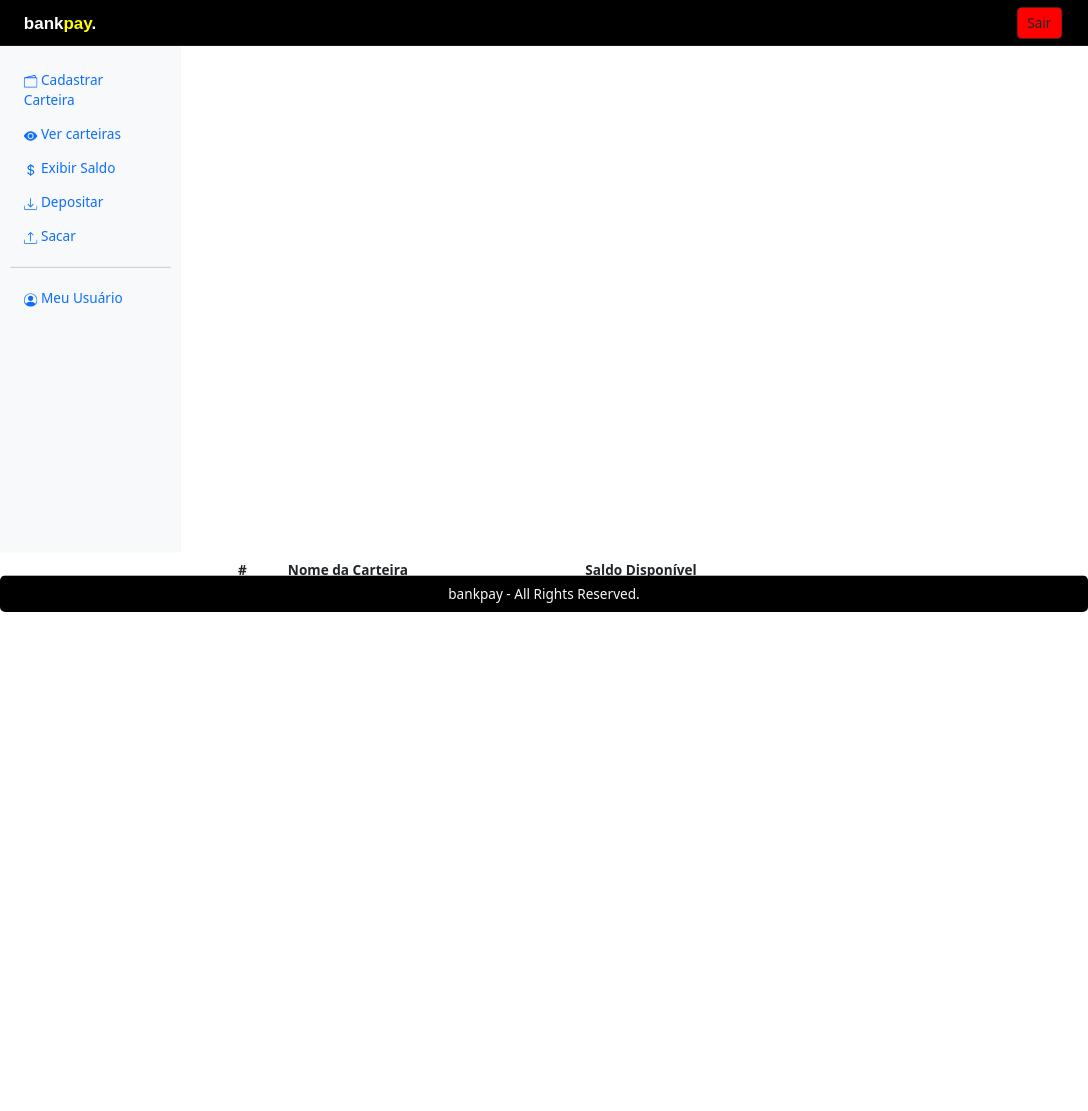
Repository: viniciusrodriguesb/IntegradorJava
Page: http://localhost/Carteira/principal.jsp
The author's editor kept a copy of each file at every save. The page is drawn from the files as they stood at one save, then again after the next save.
The browser window is 1280 px wide. The pictures show the whole page, at 85% of full size.
The page is served by Tomcat 9. Other server files are loaded and not shown. Queries for data that is not in the repository find no rows.

Above is the page before, as saved 2022-06-21 12:06:11.

### Carteira/src/main/webapp/principal.jsp
<%@ page import = "java.util.List" %>
<%@ page import = "java.util.ArrayList"%>
<%@ page import = "modelo.Carteira"%>
<%@ page import = "dao.CarteiraDAO"%>

<!DOCTYPE html>
<html lang="pt-br">
<head>
    <meta charset="UTF-8">
    <meta http-equiv="X-UA-Compatible" content="IE=edge">
    <meta name="viewport" content="width=device-width, initial-scale=1.0">
    <title>Bem-Vindo</title>

     <!-- STYLES -->
     <link rel="stylesheet" href="style.css">

     <!-- BOOTSTRAP -->
     <link href="https://cdn.jsdelivr.net/npm/bootstrap@5.2.0-beta1/dist/css/bootstrap.min.css" rel="stylesheet" integrity="sha384-0evHe/X+R7YkIZDRvuzKMRqM+OrBnVFBL6DOitfPri4tjfHxaWutUpFmBp4vmVor" crossorigin="anonymous">

</head>
<body>
    <!-- INICIO NAVBAR -->
      <nav class="navbar navbar-light" style="background-color: black;">
        <a class="navbar-brand logo" href="principal.html" style="margin-left: 28px; color: #fff;">
            bank<span style="color: yellow;">pay</span>.
        </a>
        <a href="index.html" class="btn btn-md active" role="button" aria-pressed="true" style="margin-right: 30px; background-color: red;">Sair</a>
      </nav>
    <!-- FIM NAVBAR -->

<!-- INICIO MENU LATERAL -->
    <div class="container-fluid">
        <div class="row">
            <nav class="col-md-2 d-none d-md-block bg-light sidebar">
                <div class="sidebar-sticky" style="height: 80vh; margin-top: 20px;">
                    <ul class="nav flex-column">
                        <li class="nav-item">
                            <a href="resultCadastrar.jsp" class="nav-link">
                                <svg xmlns="http://www.w3.org/2000/svg" width="16" height="16" fill="currentColor" class="bi bi-wallet2" viewBox="0 0 16 16">
                                    <path d="M12.136.326A1.5 1.5 0 0 1 14 1.78V3h.5A1.5 1.5 0 0 1 16 4.5v9a1.5 1.5 0 0 1-1.5 1.5h-13A1.5 1.5 0 0 1 0 13.5v-9a1.5 1.5 0 0 1 1.432-1.499L12.136.326zM5.562 3H13V1.78a.5.5 0 0 0-.621-.484L5.562 3zM1.5 4a.5.5 0 0 0-.5.5v9a.5.5 0 0 0 .5.5h13a.5.5 0 0 0 .5-.5v-9a.5.5 0 0 0-.5-.5h-13z"/>
                                  </svg>
                                Cadastrar Carteira
                            </a>
                         </li>
                         <li class="nav-item">
                            <a href="#" class="nav-link">
                               <svg xmlns="http://www.w3.org/2000/svg" width="16" height="16" fill="currentColor" class="bi bi-eye-fill" viewBox="0 0 16 16">
  								<path d="M10.5 8a2.5 2.5 0 1 1-5 0 2.5 2.5 0 0 1 5 0z"/>
  								<path d="M0 8s3-5.5 8-5.5S16 8 16 8s-3 5.5-8 5.5S0 8 0 8zm8 3.5a3.5 3.5 0 1 0 0-7 3.5 3.5 0 0 0 0 7z"/>
								</svg>
                                Ver carteiras
                            </a>
                         </li>
                        <li class="nav-item">
                            <a href="#" class="nav-link">
                                <svg xmlns="http://www.w3.org/2000/svg" width="16" height="16" fill="currentColor" class="bi bi-currency-dollar" viewBox="0 0 16 16">
                                    <path d="M4 10.781c.148 1.667 1.513 2.85 3.591 3.003V15h1.043v-1.216c2.27-.179 3.678-1.438 3.678-3.3 0-1.59-.947-2.51-2.956-3.028l-.722-.187V3.467c1.122.11 1.879.714 2.07 1.616h1.47c-.166-1.6-1.54-2.748-3.54-2.875V1H7.591v1.233c-1.939.23-3.27 1.472-3.27 3.156 0 1.454.966 2.483 2.661 2.917l.61.162v4.031c-1.149-.17-1.94-.8-2.131-1.718H4zm3.391-3.836c-1.043-.263-1.6-.825-1.6-1.616 0-.944.704-1.641 1.8-1.828v3.495l-.2-.05zm1.591 1.872c1.287.323 1.852.859 1.852 1.769 0 1.097-.826 1.828-2.2 1.939V8.73l.348.086z"/>
                                  </svg>
                                Exibir Saldo</a>
                         </li>
                        <li class="nav-item">
                            <a href="#" class="nav-link">
                                <svg xmlns="http://www.w3.org/2000/svg" width="16" height="16" fill="currentColor" class="bi bi-download" viewBox="0 0 16 16">
                                    <path d="M.5 9.9a.5.5 0 0 1 .5.5v2.5a1 1 0 0 0 1 1h12a1 1 0 0 0 1-1v-2.5a.5.5 0 0 1 1 0v2.5a2 2 0 0 1-2 2H2a2 2 0 0 1-2-2v-2.5a.5.5 0 0 1 .5-.5z"/>
                                    <path d="M7.646 11.854a.5.5 0 0 0 .708 0l3-3a.5.5 0 0 0-.708-.708L8.5 10.293V1.5a.5.5 0 0 0-1 0v8.793L5.354 8.146a.5.5 0 1 0-.708.708l3 3z"/>
                                  </svg>
                                Depositar</a>
                         </li>
                        <li class="nav-item">
                            <a href="resultSaque.jsp" class="nav-link">
                                  <svg xmlns="http://www.w3.org/2000/svg" width="16" height="16" fill="currentColor" class="bi bi-upload" viewBox="0 0 16 16">
	                                    <path d="M.5 9.9a.5.5 0 0 1 .5.5v2.5a1 1 0 0 0 1 1h12a1 1 0 0 0 1-1v-2.5a.5.5 0 0 1 1 0v2.5a2 2 0 0 1-2 2H2a2 2 0 0 1-2-2v-2.5a.5.5 0 0 1 .5-.5z"/>
	                                    <path d="M7.646 1.146a.5.5 0 0 1 .708 0l3 3a.5.5 0 0 1-.708.708L8.5 2.707V11.5a.5.5 0 0 1-1 0V2.707L5.354 4.854a.5.5 0 1 1-.708-.708l3-3z"/>
                                  </svg>
                                Sacar</a>
                         </li>
                     </ul>
                     <hr>
                      <ul class="nav flex-column">
                        <li class="nav-item">
                            <a href="#" class="nav-link">
                                <svg xmlns="http://www.w3.org/2000/svg" width="16" height="16" fill="currentColor" class="bi bi-person-circle" viewBox="0 0 16 16">
									  <path d="M11 6a3 3 0 1 1-6 0 3 3 0 0 1 6 0z"/>
									  <path fill-rule="evenodd" d="M0 8a8 8 0 1 1 16 0A8 8 0 0 1 0 8zm8-7a7 7 0 0 0-5.468 11.37C3.242 11.226 4.805 10 8 10s4.757 1.225 5.468 2.37A7 7 0 0 0 8 1z"/>
								</svg>
                                Meu Usuário
                            </a>
                         </li>
                     </ul>
                </div>
            </nav>
           <main role="main" class="col-md-9 ml-sm-auto col-lg-10 px-4">

            <div class="chartjs-size-monitor" style="position: absolute; inset: 0px; overflow: hidden; pointer-events: none; visibility: hidden; z-index: -1;">
                <div class="chartjs-size-monitor-expand" style="position:absolute;left:0;top:0;right:0;bottom:0;overflow:hidden;pointer-events:none;visibility:hidden;z-index:-1;">
                    <div style="position:absolute;width:1000000px;height:1000000px;left:0;top:0"></div>
                </div>

                <div class="chartjs-size-monitor-shrink" style="position:absolute;left:0;top:0;right:0;bottom:0;overflow:hidden;pointer-events:none;visibility:hidden;z-index:-1;">
                    <div style="position:absolute;width:200%;height:200%;left:0; top:0"></div>
                </div>
            </div>

           </main>

        </div>
    </div>
<!-- FIM MENU LATERAL -->

<!-- INICIO MAIN -->

<!-- INICIO TABELA -->
<div class="container tabelas">
	<div class="row">
		<div class="col-8 m-auto" >
			<table class="table">
  <thead>
    <tr>
      <th scope="col">#</th>
      <th scope="col">Nome da Carteira</th>
      <th scope="col">Saldo Disponível</th>
    </tr>
  </thead>
  <tbody>
    <tr>
      <%
	CarteiraDAO ctr = new CarteiraDAO();
	List<Carteira> lista = new ArrayList<Carteira>();

	lista = ctr.listar();

	for(Carteira i : lista){
	%>

	<tr>
	<td>
	<%=i.getId()%>
	</td>

	<td>
	<%=i.getNome()%>
	</td>

	<td>
	<%=i.getSaldo()%>
	</td>
	</tr>

	<%
	}
	%>
    </tr>
  </tbody>
</table>
		</div>
	</div>
</div>
<!-- FIM TABELA -->




<!--
<table >
	<tr>
	<th>Código da Carteira</th>
	<th>Nome da Carteira</th>
	<th>Saldo disponivel</th>
	</tr>

</table> -->

<!-- FIM MAIN -->
<!-- FOOTER -->
<div class="card fixed-bottom" style="background-color: black;">
    <div class="card-footer text-center">
    <span class="text-light">bankpay - All Rights Reserved.</span>
    </div>
  </div>
<!-- FOOTER -->

<script src="https://cdn.jsdelivr.net/npm/jquery@3.5.1/dist/jquery.slim.min.js" integrity="sha384-DfXdz2htPH0lsSSs5nCTpuj/zy4C+OGpamoFVy38MVBnE+IbbVYUew+OrCXaRkfj" crossorigin="anonymous"></script>
<script src="https://cdn.jsdelivr.net/npm/bootstrap@4.6.1/dist/js/bootstrap.bundle.min.js" integrity="sha384-fQybjgWLrvvRgtW6bFlB7jaZrFsaBXjsOMm/tB9LTS58ONXgqbR9W8oWht/amnpF" crossorigin="anonymous"></script>
</body>
</html>

### Carteira/src/main/java/dao/CarteiraDAO.java
package dao;

import java.sql.Connection;
import java.sql.PreparedStatement;
import java.sql.ResultSet;
import java.sql.SQLException;
import java.util.ArrayList;
import java.util.List;

import modelo.Carteira;
import modelo.Usuario;

public class CarteiraDAO {

	Connection cnx;

	// INCLUSÃO DADOS DA CARTEIRA NO BANCO
	public boolean incluirCarteira(Carteira carteira) {
		boolean resultado = true;
		int retornoQuery;

		cnx = DAO.createConnection();
		String sql = "INSERT INTO tb_carteira (nome, saldo) VALUES (?, ?)";

		try {
			PreparedStatement ps = cnx.prepareStatement(sql);

			ps.setString(1, carteira.getNome());
			ps.setDouble(2, carteira.getSaldo());

			retornoQuery = ps.executeUpdate();

			if (retornoQuery <= 0) {
				resultado = false;
			}

		} catch (SQLException e) {
			e.printStackTrace();
		}
		return resultado;
	}

	// ALTERAÇÃO DE DADOS DA CARTEIRA NO BANCO
	public boolean alterarCarteira(Carteira carteira) {
		boolean resultado = true;
		int retornoQuery;

		cnx = DAO.createConnection();
		String sql = "UPDATE tb_carteira SET nome=? WHERE id=?";

		try {
			PreparedStatement ps = cnx.prepareStatement(sql);

			ps.setString(1, carteira.getNome());

			retornoQuery = ps.executeUpdate();

		} catch (SQLException e) {
			e.printStackTrace();
		}
		return resultado;
	}

	// EXCLUSÃO DE DADOS DA CARTEIRA NO BANCO
	public boolean excluirCarteira(int id) {
		boolean resultado = true;
		int retornoQuery;

		cnx = DAO.createConnection();
		String sql = "DELETE FROM tb_carteira WHERE ID = ?";

		try {
			PreparedStatement ps = cnx.prepareStatement(sql);

			ps.setInt(1, id);

			retornoQuery = ps.executeUpdate();

			if (retornoQuery <= 0) {
				resultado = false;
			}

		} catch (SQLException e) {
			e.printStackTrace();
		}
		return resultado;
	}

	// LISTAR OS DADOS QUE ESTÃO NO BANCO DA CARTEIRA
	public List<Carteira> listar() {
		List<Carteira> listaDeCarteiras = new ArrayList<Carteira>();
		ResultSet rs = null;
		Carteira carteira = null;

		cnx = DAO.createConnection();

		String sql = "SELECT * FROM tb_carteira";

		try {
			PreparedStatement ps = cnx.prepareStatement(sql);

			rs = ps.executeQuery();

			while (rs.next()) {
				carteira = new Carteira();

				carteira.setId(rs.getInt("id"));
				carteira.setNome(rs.getString("nome"));
				carteira.setSaldo(rs.getDouble("saldo"));

				listaDeCarteiras.add(carteira);
			}
		} catch (SQLException e) {
			e.printStackTrace();
		}
		return listaDeCarteiras;
	}

	public boolean sacar(Carteira carteira) {
		boolean resultado = true;
		int retornoQuery;

		cnx = DAO.createConnection();
		String sql = "INSERT INTO tb_carteira (nome, saldo) VALUES (?, ?)";

		try {
			PreparedStatement ps = cnx.prepareStatement(sql);

			ps.setString(1, carteira.getNome());
			ps.setDouble(2, carteira.getSaldo() + carteira.getSaldo());

			retornoQuery = ps.executeUpdate();

			if (retornoQuery <= 0) {
				resultado = false;
			}

		} catch (SQLException e) {
			e.printStackTrace();
		}
		return resultado;
	}
}

### Carteira/src/main/java/dao/DAO.java
package dao;

import java.sql.Connection;
import java.sql.DriverManager;
import java.sql.SQLException;

public class DAO {
	public static Connection createConnection() {
		String url, user, password;

		Connection cnx = null;

		try {
			Class.forName("com.mysql.jdbc.Driver");

			url = "jdbc:mysql://localhost:3306/db_integradorJava";
			user = "root";
			password = "";

			cnx = DriverManager.getConnection(url, user, password);
		} catch (ClassNotFoundException e) {
			e.printStackTrace();
		} catch (SQLException e) {
			e.printStackTrace();
		}
		return cnx;
	}
}

### Carteira/src/main/webapp/style.css

* {
  margin: 0;
  padding: 0;
  box-sizing: border-box;
}

ul {
  list-style: none;
}

a {
  text-decoration: none;
}

img {
  width: 100%;
  height: auto;
}

/*====  VARIABLES ============================ */
:root {
  --header-height: 4.5rem;

  /* colors */
  --hue: 159;
  /* HSL color mode */
  --base-color: hsl(var(--hue) 36% 57%);
  --base-color-second: hsl(var(--hue) 65% 88%);
  --base-color-alt: hsl(var(--hue) 57% 53%);
  --title-color: hsl(var(--hue) 41% 10%);
  --text-color: hsl(0 0% 46%);
  --text-color-light: hsl(0 0% 98%);
  --body-color: hsl(0 0% 98%);
}

/*===  BASE ============================ */
html {
  scroll-behavior: smooth;
}

body {
  font: 400 1rem 'DM Sans', sans-serif;
  color: var(--text-color);
  background: var(--body-color);
  -webkit-font-smoothing: antialiased;
}

.content{
  width: 500px;
  min-height: 560px;
  margin: 0 auto;
  margin-top: 80px;
  position: relative;
}

h1{
  font-size: 48px;
  color: #066a75;
  padding: 2px 0 10px 0;
  font-family: Arial,sans-serif;
  font-weight: bold;
  text-align: center;
  padding-bottom: 30px;
}

h1:after{
  content: ' ';
  display: block;
  width: 100%;
  height: 2px;
  margin-top: 10px;
  background: -webkit-linear-gradient(left, rgba(147,184,189,0) 0%,rgba(147,184,189,0.8) 20%,rgba(147,184,189,1) 53%,rgba(147,184,189,0.8) 79%,rgba(147,184,189,0) 100%);
  background: linear-gradient(left, rgba(147,184,189,0) 0%,rgba(147,184,189,0.8) 20%,rgba(147,184,189,1) 53%,rgba(147,184,189,0.8) 79%,rgba(147,184,189,0) 100%);
}

p{
  margin-bottom:15px;
}

.content p:first-child{
  margin: 0px;
}

label{
  color: #405c60;
  position: relative;
}

/* placeholder */
::-webkit-input-placeholder  {
  color: #bebcbc;
  font-style: italic;
}

input:-moz-placeholder,
textarea:-moz-placeholder{
  color: #bebcbc;
  font-style: italic;
}

input {
  outline: none;
}

/*====  LOGO ============================ */
.logo {
  font: 700 1.31rem 'Poppins', sans-serif;
  color: var(--title-color);
}

.logo span {
  color: var(--base-color);
}

/*estilo dos input,  menos o checkbox */
input:not([type="checkbox"]){
  width: 95%;
  margin-top: 4px;
  padding: 10px;
  border: 1px solid #b2b2b2;

  -webkit-border-radius: 3px;
  border-radius: 3px;

  -webkit-box-shadow: 0px 1px 4px 0px rgba(168, 168, 168, 0.6) inset;
  box-shadow: 0px 1px 4px 0px rgba(168, 168, 168, 0.6) inset;

  -webkit-transition: all 0.2s linear;
  transition: all 0.2s linear;
}

/*estilo do botão submit */
input[type="submit"]{
  width: 100%!important;
  cursor: pointer;
  background: rgb(61, 157, 179);
  padding: 8px 5px;
  color: #fff;
  font-size: 20px;
  border: 1px solid #fff;
  margin-bottom: 10px;
  text-shadow: 0 1px 1px #333;

  -webkit-border-radius: 5px;
  border-radius: 5px;

  transition: all 0.2s linear;
}

/*estilo do botão submit no hover */
input[type="submit"]:hover{
  background: #4ab3c6;
}

.link{
  position: absolute;
  background: #e1eaeb;
  color: #7f7c7c;
  left: 0px;
  height: 20px;
  width: 440px;
  padding: 17px 30px 20px 30px;
  font-size: 16px;
  text-align: right;
  border-top: 1px solid #dbe5e8;

  -webkit-border-radius: 0 0  5px 5px;
  border-radius: 0 0  5px 5px;
}

.link a {
  font-weight: bold;
  background: #f7f8f1;
  padding: 6px;
  color: rgb(29, 162, 193);
  margin-left: 10px;
  border: 1px solid #cbd518;

  -webkit-border-radius: 4px;
  border-radius: 4px;

  -webkit-transition: all 0.4s linear;
  transition: all 0.4s  linear;
}

.link a:hover {
  color: #39bfd7;
  background: #f7f7f7;
  border: 1px solid #4ab3c6;
}

#cadastro,
#login{
  position: absolute;
  top: 0px;
  width: 88%;
  padding: 18px 6% 60px 6%;
  margin: 0 0 35px 0;
  background: #f7f7f7;
  border: 1px solid rgba(147, 184, 189,0.8);

  -webkit-box-shadow: 5px;
  border-radius: 5px;

  -webkit-animation-duration: 0.5s;
  -webkit-animation-timing-function: ease;
  -webkit-animation-fill-mode: both;

  animation-duration: 0.5s;
  animation-timing-function: ease;
  animation-fill-mode: both;
}

/* Efeito ao clicar no botão ( Ir para Login ) */
#paracadastro:target ~ .content #cadastro,
#paralogin:target ~ .content #login{
  z-index: 2;
  -webkit-animation-name: fadeInLeft;
  animation-name: fadeInLeft;

  -webkit-animation-delay: .1s;
  animation-delay: .1s;
}

/* Efeito ao clicar no botão ( Cadastre-se ) */
#registro:target ~ .content #login,
#paralogin:target ~ .content #cadastro{
  -webkit-animation-name: fadeOutLeft;
  animation-name: fadeOutLeft;
}

/*fadeInLeft*/
@-webkit-keyframes fadeInLeft {
  0% {
    opacity: 0;
    -webkit-transform: translateX(-20px);
  }
  100% {
    opacity: 1;
    -webkit-transform: translateX(0);
  }
}

@keyframes fadeInLeft {
  0% {
    opacity: 0;
    transform: translateX(-20px);
  }
  100% {
    opacity: 1;
    transform: translateX(0);
  }
}

/*fadeOutLeft*/
@-webkit-keyframes fadeOutLeft {
  0% {
    opacity: 1;
    -webkit-transform: translateX(0);
  }
  100% {
    opacity: 0;
    -webkit-transform: translateX(-20px);
  }
}

@keyframes fadeOutLeft {
  0% {
    opacity: 1;
    transform: translateX(0);
  }
  100% {
    opacity: 0;
    transform: translateX(-20px);
  }
}

.tabelas{
	margin-bottom: 600px;
}

After the next save:
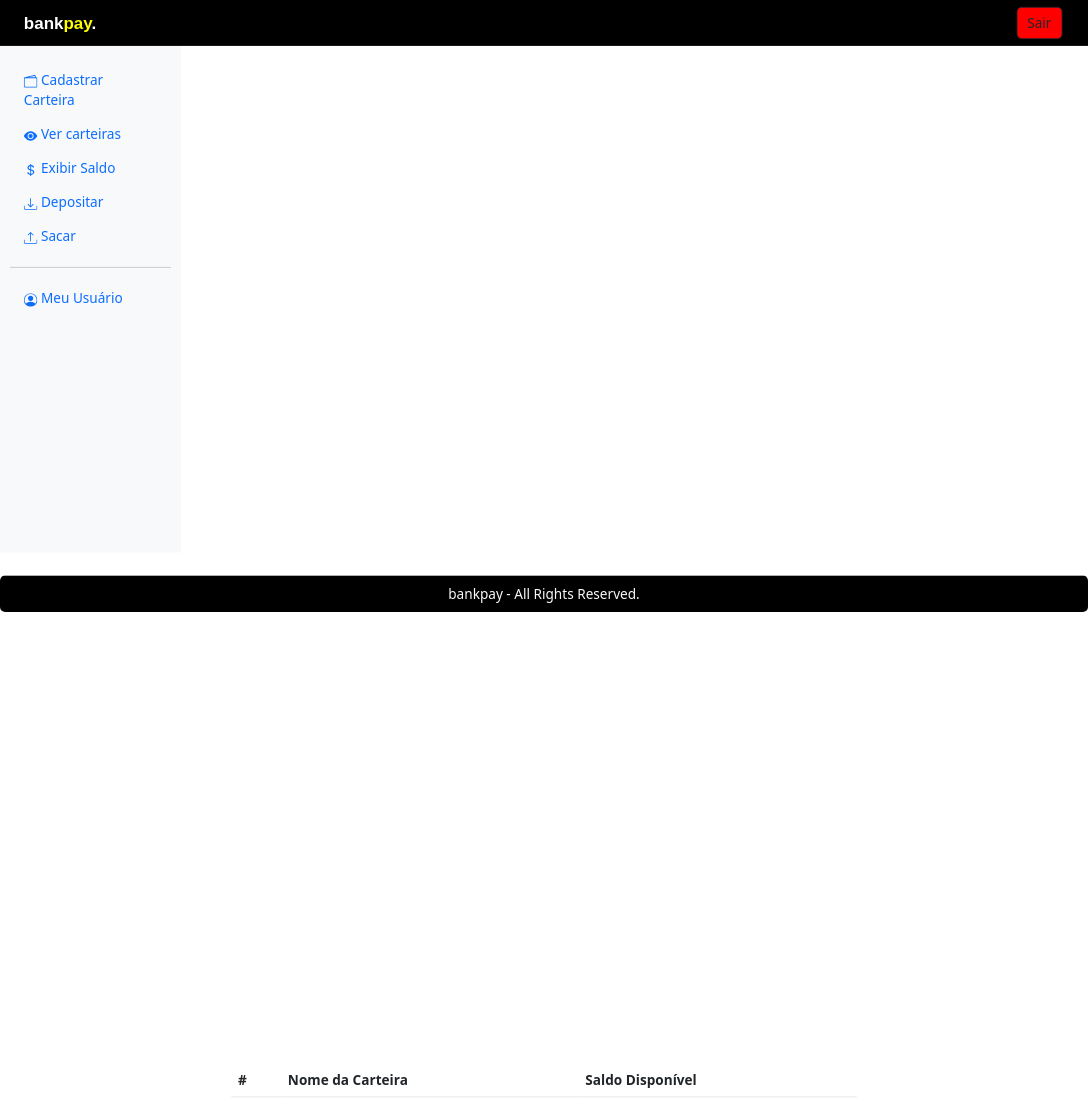
Saved 8 s later.
--- a/Carteira/src/main/webapp/style.css
+++ b/Carteira/src/main/webapp/style.css
@@ -277,5 +277,5 @@ input[type="submit"]:hover{
 }
 
 .tabelas{
-	margin-bottom: 600px;
-}
+	margin-top: 600px;
+}
